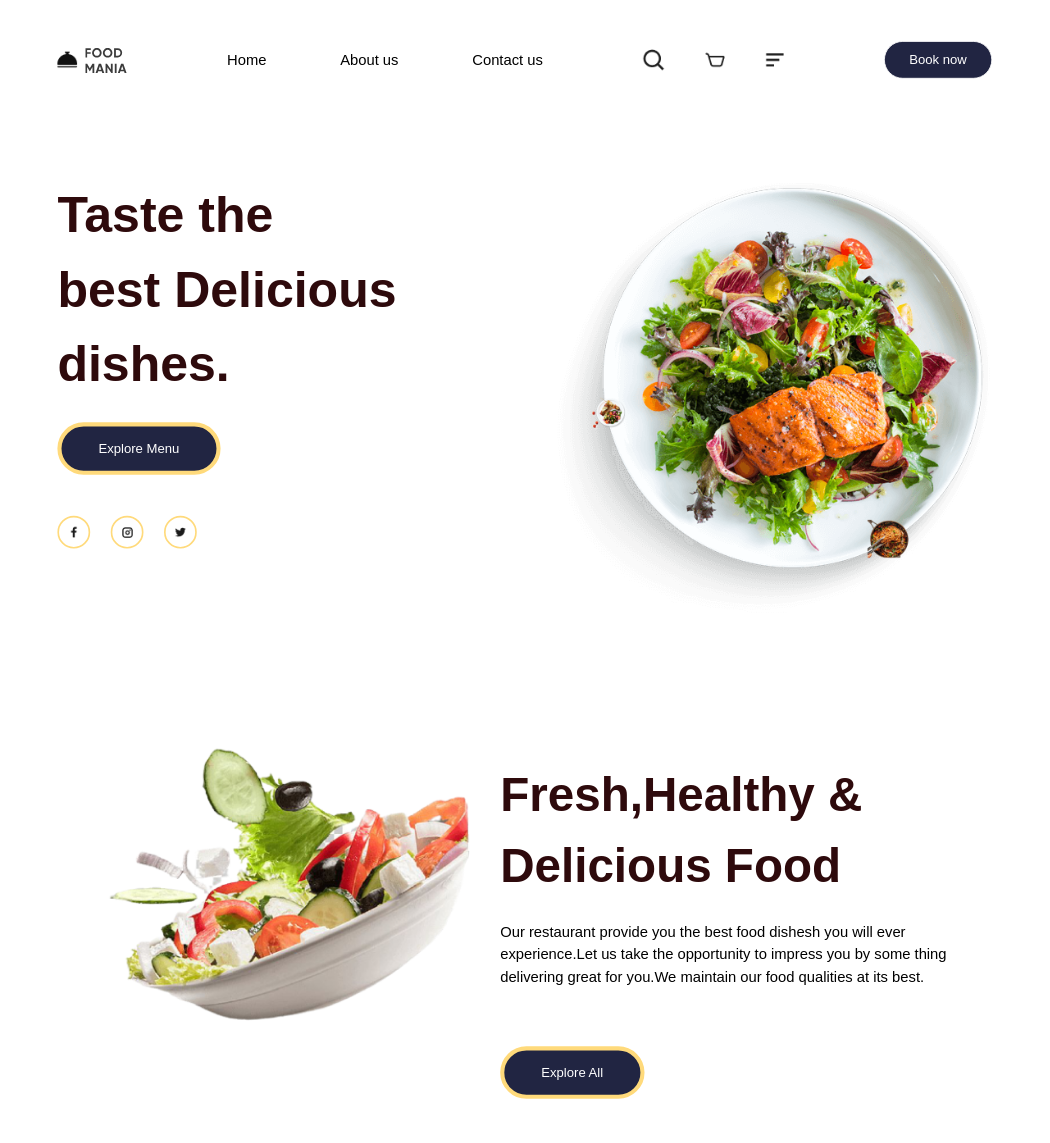
Repository: hoang0508/Figmafood
Page: index.html
These files come from the project's save history. The page is drawn as it stood at one moment and after the next save; the edit follows.
The browser window is 1280 px wide. The pictures show the whole page, at 82% of full size.
The style sheet was rebuilt from its Sass, Less or Tailwind sources for each picture, by a compiler version that may differ from the author's.

Above is the page before, as saved 2021-11-08 10:07:04.

### index.html
<!DOCTYPE html>
<html lang="en">
  <head>
    <meta charset="UTF-8" />
    <meta http-equiv="X-UA-Compatible" content="IE=edge" />
    <meta name="viewport" content="width=device-width, initial-scale=1.0" />
    <title>LandingPage Food</title>
    <link
      rel="stylesheet"
      href="https://cdnjs.cloudflare.com/ajax/libs/font-awesome/4.7.0/css/font-awesome.min.css"
      integrity="sha512-SfTiTlX6kk+qitfevl/7LibUOeJWlt9rbyDn92a1DqWOw9vWG2MFoays0sgObmWazO5BQPiFucnnEAjpAB+/Sw=="
      crossorigin="anonymous"
      referrerpolicy="no-referrer"
    />
    <link rel="preconnect" href="https://fonts.googleapis.com" />
    <link rel="preconnect" href="https://fonts.gstatic.com" crossorigin />
    <link
      href="https://fonts.googleapis.com/css2?family=Poppins:wght@300;400;500;600;700&display=swap"
      rel="stylesheet"
    />
    <link rel="stylesheet" href="./css/app.css" />
  </head>
  <body>
    <div class="wrapper">
      <header class="header">
        <div class="container">
          <div class="header-container d-flex--between">
            <div class="header-logo d-flex--center">
              <img src="./images/logo.png" alt="" />
              <img src="./images/FOOD MANIA.svg" alt="" />
            </div>
            <ul class="header-list d-flex--center">
              <li class="header-item">
                <a href="#" class="header-link">Home</a>
              </li>
              <li class="header-item">
                <a href="#" class="header-link">About us</a>
              </li>
              <li class="header-item">
                <a href="#" class="header-link">Contact us</a>
              </li>
            </ul>
            <div class="header-icon d-flex--center">
              <a href="#" class="icon-link">
                <img src="./images/icon-search.png" alt="" />
              </a>
              <a href="#" class="icon-link">
                <img src="./images/icon-cart.png" alt="" />
              </a>
              <a href="#" class="icon-link">
                <img src="./images/icon-bars.png" alt="" />
              </a>
            </div>
            <button class="button button--primary">Book now</button>
          </div>
        </div>
      </header>
      <main>
        <section class="hero">
          <div class="container">
            <div class="hero-container d-flex--between">
              <div class="hero-content">
                <h3 class="hero-title">
                  Taste the <span>best Delicious</span> dishes.
                </h3>
                <button class="button button--primary button--secondary">
                  Explore Menu
                </button>
                <div class="hero-social d-flex--center">
                  <a href="#" class="social-icon">
                    <img src="./images/facebook.png" alt="" />
                  </a>
                  <a href="#" class="social-icon">
                    <img src="./images/instagram.png" alt="" />
                  </a>
                  <a href="#" class="social-icon">
                    <img src="./images/twitter.png" alt="" />
                  </a>
                </div>
              </div>
              <div class="hero-image">
                <div class="hero-image--big">
                  <img
                    src="./images/kisspng-hamburger-street-food-seafood-fast-food-delicious-food-5a75083cceaf41 1.png"
                    alt=""
                  />
                </div>
                <div class="hero-image--small-top">
                  <img src="./images/dlf 1.png" alt="" />
                </div>
                <div class="hero-image--small-bottom">
                  <img
                    src="./images/Pad-Thai_1-removebg-preview 1.png"
                    alt=""
                  />
                </div>
              </div>
            </div>
          </div>
        </section>
        <section class="about">
          <div class="container">
            <div class="about-container d-flex--between">
              <div class="about-image">
                <img
                  src="./images/imgbin-greek-salad-recipe-vegetarian-cuisine-everyday-super-food-salad-plate-gEMC3ig2LzciXACd5pm3EKWBe-removebg-preview 1.png"
                  alt=""
                />
              </div>
              <div class="about-content">
                <h3 class="heading-title">Fresh,Healthy & Delicious Food</h3>
                <p class="text-desc">
                  Our restaurant provide you the best food dishesh you will ever
                  experience.Let us take the opportunity to impress you by some
                  thing delivering great for you.We maintain our food qualities
                  at its best.
                </p>
                <button class="button button--primary button--secondary">
                  Explore All
                </button>
              </div>
            </div>
          </div>
        </section>
      </main>
    </div>
  </body>
</html>

### sass/app.scss
@import "variable";
@import "reset";
@import "global";
@import "typography";
@import "header";
@import "hero";
@import "about";

### sass/variable.scss
$primary-color: #212542;
$secondary-color: #2e0a0c;
$border-color: #ffda7b;
$text-color-box: #424242;
$text-color-small: #747474;

### sass/reset.scss
html {
  box-sizing: border-box;
}
* {
  margin: 0;
  padding: 0;
}
*,
*:before,
*:after {
  box-sizing: border-box;
}
input,
textarea,
select,
button {
  outline: none;
}
input {
  line-height: normal;
}
label,
button {
  cursor: pointer;
}
a {
  text-decoration: none;
}
img {
  display: block;
  max-width: 100%;
}

ul,
li {
  list-style: none;
}

### sass/global.scss
.wrapper {
  max-width: 1440px;
  margin: 0 auto;
  overflow: hidden;
}

.container {
  max-width: 1170px;
  margin: 0 auto;
  padding: 0 15px;
}

body {
  font-family: "Popins", sans-serif;
  line-height: 1;
  font-size: 16px;
}

.d-flex--center {
  display: flex;
  align-items: center;
}

.d-flex--between {
  display: flex;
  justify-content: space-between;
  align-items: center;
}

.button {
  display: inline-block;
  color: #fff;
  background-color: $primary-color;
  border: 0;
  &--primary {
    font-size: 16px;
    font-weight: 500;
    line-height: calc(24 / 16);
    padding: 10px 30px;
    background: #212542;
    border: 1.5px solid #ffffff;
    border-radius: 100px;
    display: flex;
    align-items: center;
    justify-content: center;
  }
  &--secondary {
    padding: 15px 45px;
    border-width: 5px;
    border-color: $border-color;
  }
}

### sass/typography.scss
.heading-title {
  font-size: 58px;
  font-weight: 600;
  line-height: calc(87 / 58);
  color: $secondary-color;
}

.text-desc {
  font-size: 18px;
  font-weight: 500;
  line-height: calc(27 / 18);
  padding: 25px 0 71px;
}

### sass/_header.scss
.header {
  margin-top: 50px;
  margin-bottom: 121px;
  &-logo {
    gap: 10px;
  }
  &-list {
    gap: 0 90px;
    font-size: 18px;
    font-weight: 500;
  }
  &-item {
    position: relative;
  }
  &-link {
    position: relative;
    color: #000000;
  }
  &-link:after {
    content: "";
    position: absolute;
    display: block;
    width: 0;
    height: 3px;
    background-color: $primary-color;
    bottom: -8px;
    border-radius: 5px;
    transition: all 0.3s linear;
  }
  &-link:hover::after {
    width: 100%;
    transition: all 0.3s linear;
  }
  &-icon {
    gap: 0 50px;
  }
}

### sass/_hero.scss
.hero {
  padding-bottom: 120px;
  &-container {
    align-items: stretch;
  }
  &-content {
    max-width: 455px;
    width: 100%;
  }
  &-title {
    font-size: 61px;
    line-height: calc(91 / 61);
    color: $secondary-color;
    font-weight: 600;
    padding-bottom: 25px;
    span {
      display: block;
    }
  }
  &-social {
    padding-top: 50px;
    gap: 0 25px;
    a.social-icon {
      width: 40px;
      height: 40px;
      border: 2px solid $border-color;
      border-radius: 100rem;
      display: flex;
      justify-content: center;
      align-items: center;
    }
  }
  &-image {
    position: relative;
  }
  &-image--big {
    position: relative;
  }
  &-image--small-top {
    position: absolute;
    left: 0;
    top: 50%;
    transform: translateX(50%);
    width: 100px;
  }
  &-image--small-bottom {
    position: absolute;
    bottom: 70px;
    right: 100px;
  }
}

### sass/_about.scss
.about {
  &-content {
    max-width: 600px;
    width: 100%;
  }
}

After the next save:
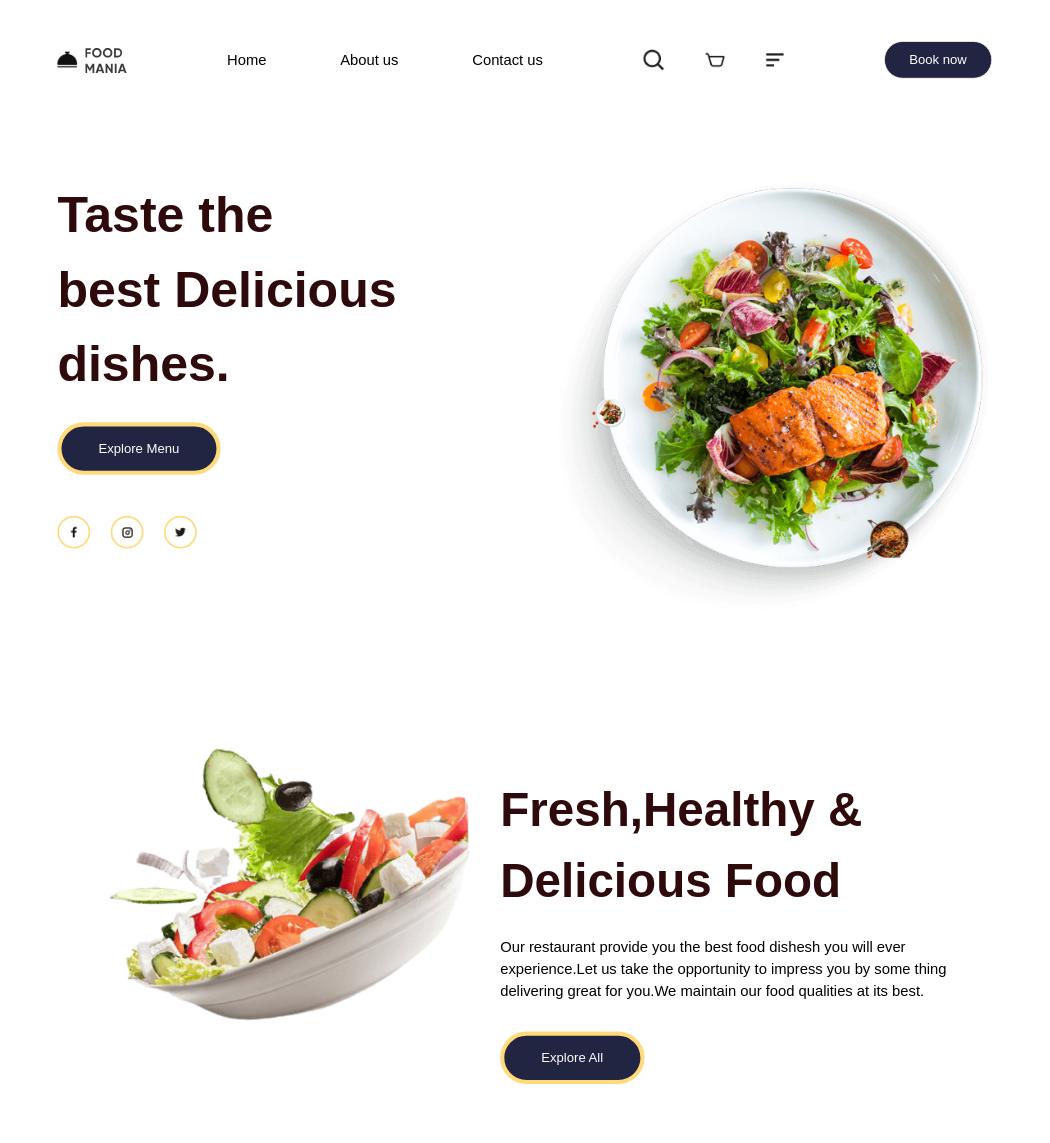
Saved 26 s later.
--- a/sass/typography.scss
+++ b/sass/typography.scss
@@ -9,5 +9,5 @@
   font-size: 18px;
   font-weight: 500;
   line-height: calc(27 / 18);
-  padding: 25px 0 71px;
+  padding: 25px 0 35px;
 }
